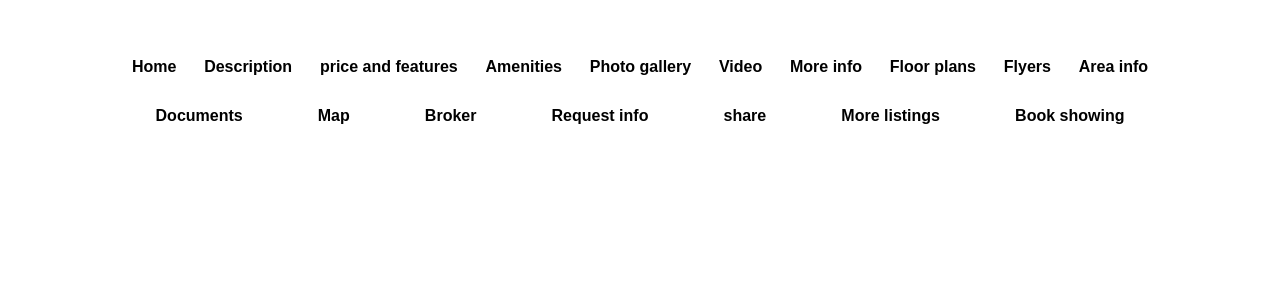
Repository: TMuse333/real-estate-landingpage
Page: /
These files come from the project's save history. The page is drawn as it stood at one moment and after a run of saves; the edit follows.
The browser window is 1280 px wide. The pictures show the whole page.
The project was rebuilt for these pictures with package versions that can differ from the ones it lists, and the page was loaded fresh each time. Also part of the build but not shown: vite.config.js.

Above is the page before, as saved 2023-09-19 16:55:47.

### src/App.jsx
import { useState } from 'react'

import './App.css'

import Navbar from './components/navbar'

function App() {


  return (
    <>
    <Navbar/>
    </>
  )
}

export default App

### src/App.css
.header-container{
  display: flex;
  justify-content: space-between;
  align-items: center;
  width: 100vw;
  position: fixed;
  top:0px;
  background-color: white;
  height: 40px;
 }

  .nav-list{

  list-style: none;
padding: 0;
  padding-bottom: 10px;
  margin: 0;

position: absolute;
top:50px;
background-color: black;
width: 100vw;
  color: white;

}

.nav-list li{
  margin-top: 5px;
 font-family: Arial, Helvetica, sans-serif;
  font-weight: bold;
}

.list-container {
  position: absolute;
  top:0px;
  display: flex;
  flex-direction: column;
  align-items: center;
  text-align: center;
  color: black;
  background-color:white;
  height:50px;
  width: 100vw;
}

.nav-button{
  position: relative;
  background-color: white;
  z-index: 100;
  color: none;
  position: absolute;
  right:20px;
  top:5px;

}

.hamburger-icon {
  width: 30px; /* Adjust the width as needed */
  height: 24px; /* Adjust the height as needed */
  display: flex;
  flex-direction: column;
  justify-content: space-between;
}

.line {
  width: 100%;
  height: 4px; /* Adjust the height as needed */
  background-color: #333; /* Adjust the color as needed */
}

.title{
  position: absolute;
  left:20px;
  top:10px;
}

@media screen and (min-width: 415px) and (min-height: 415px){
  .header-container{
    display: flex;
    justify-content: space-between;
    align-items: center;
    width: 100vw;
    position: fixed;
    top: 50px;
    background: linear-gradient(to right, #F4A460, #FF8C00);
height: max-content;
gap:10px;
   }

   .list-container {
    position: absolute;

 flex-wrap: wrap;
    justify-content:space-around;
    left: 50%;
    transform: translateX(-50%);
    width: 80%;
    margin-bottom:100px;
  }

  .nav-list{
    display: flex;
    flex-wrap: wrap; /* Allow items to wrap to the next row */
    justify-content: space-around;
   gap:20px;
    width: 100%;
    background-color: white;
  }

  .nav-list li{
    color:black
  }

  .nav-button{
    display: none;
  }

  .title {
    display: none;
  }

  }

### src/components/navbar.jsx
import React, { useState,useEffect } from 'react';




const Navbar = () => {
  const [subMenuVisible, setSubMenuVisible] = useState(false);

  const toggleSubMenu = () => {
    setSubMenuVisible(!subMenuVisible);
  };

  const scrollToSection = (sectionId) => {

    const element = document.getElementById(sectionId);
    if (element) {

      element.scrollIntoView({
        behavior: 'smooth', // Smooth scrolling
        block: 'start',    // Scroll to the top of the element
      });
    }
  }

  useEffect(() => {
    // Function to update sub-menu visibility when the screen width changes
    const handleResize = () => {
      const screenWidth = window.innerWidth;
      setSubMenuVisible(screenWidth >= 415); // Set subMenuVisible to true if screen width is at least 415 pixels
    };

    // Add a resize event listener to update the sub-menu visibility
    window.addEventListener('resize', handleResize);

    // Initial call to set sub-menu visibility based on current screen width
    handleResize();

    // Clean up the event listener when the component unmounts
    return () => {
      window.removeEventListener('resize', handleResize);
    };
  }, []);

  const style = {

    opacity: subMenuVisible ? 1 : 0
    ,transition: 'opacity 0.5s ease'

  };

  return (


      <div className='list-container'>

        <div className='title'>Rooftight</div>
        <button onClick={toggleSubMenu} className='nav-button'>
        <div class="hamburger-icon">
    <div class="line"></div>
    <div class="line"></div>
    <div class="line"></div>
  </div>
        </button>
        <ul style={style} className='nav-list'>

          <li onClick={()=>scrollToSection('about')}>Home</li>

          <li onClick={()=>scrollToSection('description')}>Description</li>

          <li onClick={()=>scrollToSection('price')}>price and features</li>

          <li onClick={()=>scrollToSection('amenities')}>Amenities</li>

          <li onClick={()=>scrollToSection('photo-gallery')}>Photo gallery</li>

          <li onClick={()=>scrollToSection('video')}>Video</li>

          <li onClick={()=>scrollToSection('more-info')}>More info</li>

          <li onClick={()=>scrollToSection('floor-plans')}>Floor plans</li>

          <li onClick={()=>scrollToSection('flyers')}>Flyers</li>

          <li onClick={()=>scrollToSection('area-info')}>Area info</li>

          <li onClick={()=>scrollToSection('document')}>Documents</li>

          <li onClick={()=>scrollToSection('map')}>Map</li>

          <li onClick={()=>scrollToSection('broker')}>Broker</li>

          <li onClick={()=>scrollToSection('request-info')}>Request info</li>

          <li onClick={()=>scrollToSection('share')}>share</li>

          <li onClick={()=>scrollToSection('more-listings')}>More listings</li>

          <li onClick={()=>scrollToSection('book-showing')}>Book showing</li>





        </ul>
      </div>

  );
};

export default Navbar;

Loaded but not shown: index.html (common file); src/main.jsx (common file); src/index.css (common file)

After the next 2 saves:
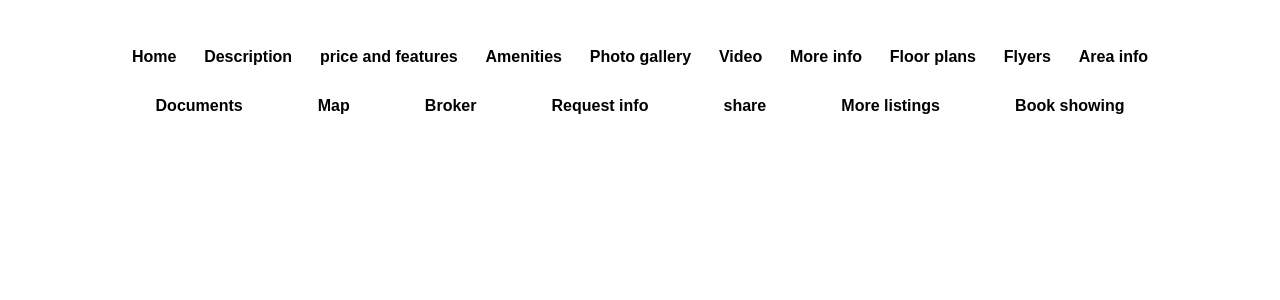
The 2 saves are shown as one change because they came seconds apart.
The last was saved 38 s later.
--- a/src/App.css
+++ b/src/App.css
@@ -99,6 +99,7 @@ gap:10px;
   }
 
   .nav-list{
+    margin-top: -10px;
     display: flex;
     flex-wrap: wrap; /* Allow items to wrap to the next row */
     justify-content: space-around;
